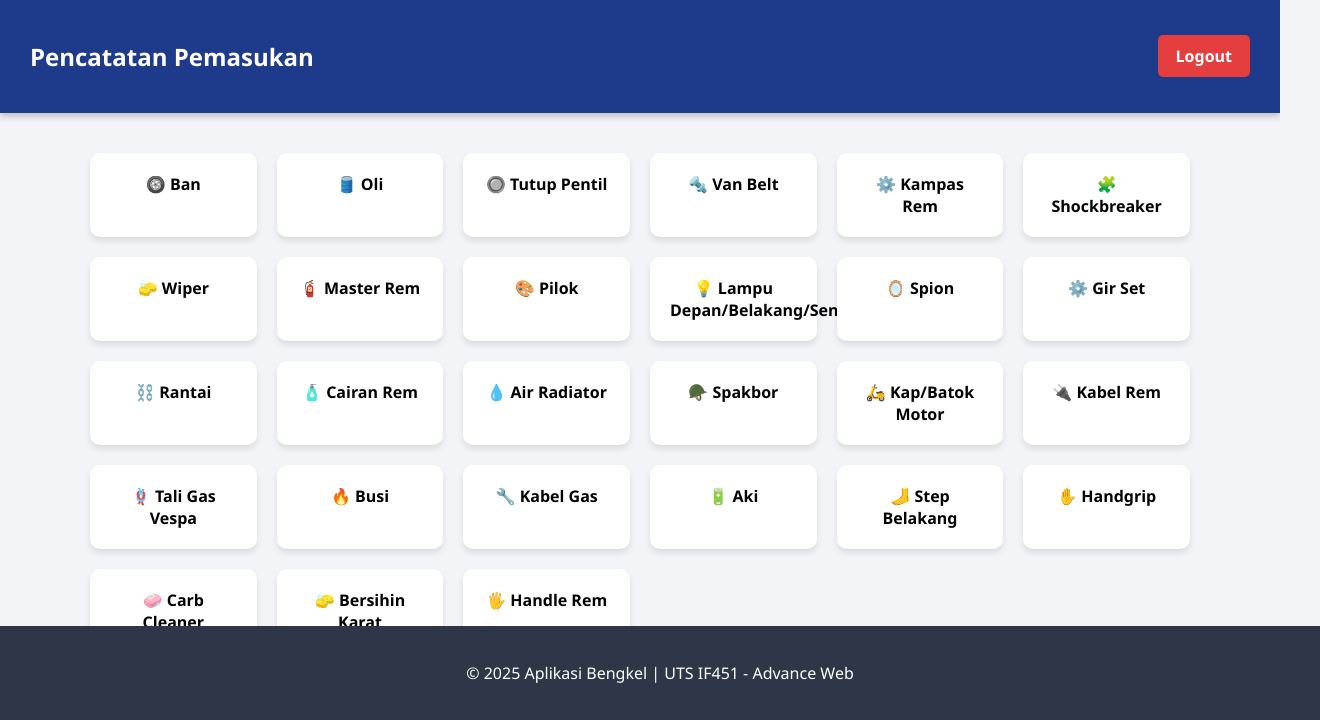
Repository: eligrahphilip/bengkel_managemen
Page: views/admin-income.ejs
An editor plug-in stored every save of this project. The page is shown before and after the next save, followed by the edit.
The browser window is 1280 px wide. The page is 1280 px wide, then 1320 px, so the pictures cover 1320 px, including what lies to the right of the window. The pictures show the whole page.
The page is served by the project's Node server (server.js). The template is opened directly, without the code that normally fills it, so the values that code supplies are empty.

Above is the page before, as saved 2025-10-10 21:04:30.

After the next save:
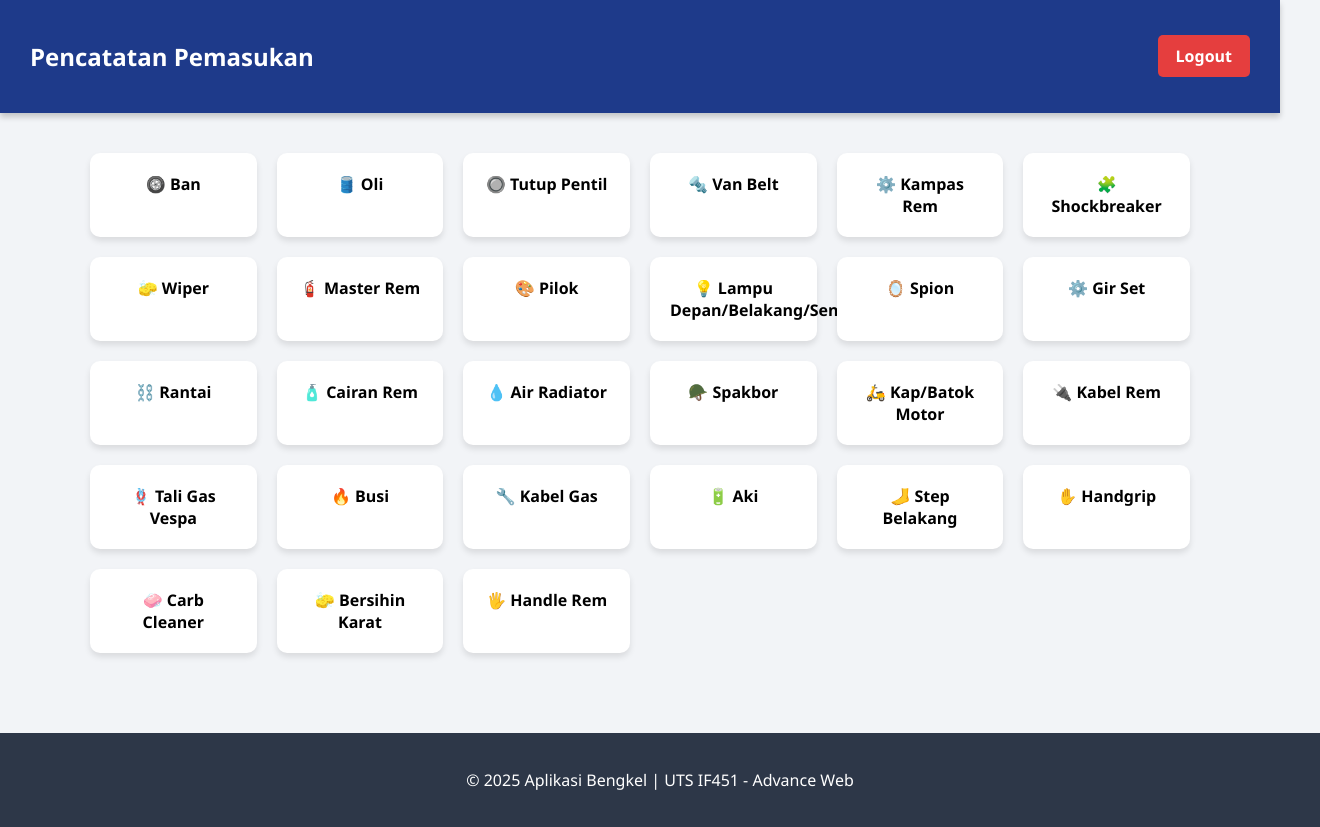
Saved 58 s later.
--- a/public/css/admin/admin-income.css
+++ b/public/css/admin/admin-income.css
@@ -116,7 +116,6 @@ footer {
   padding: 20px;
   background-color: #2d3748;
   color: white;
-  position: fixed;
-  bottom: 0;
   width: 100%;
+  margin-top: 40px; /* jarak dari konten atasnya */
 }
